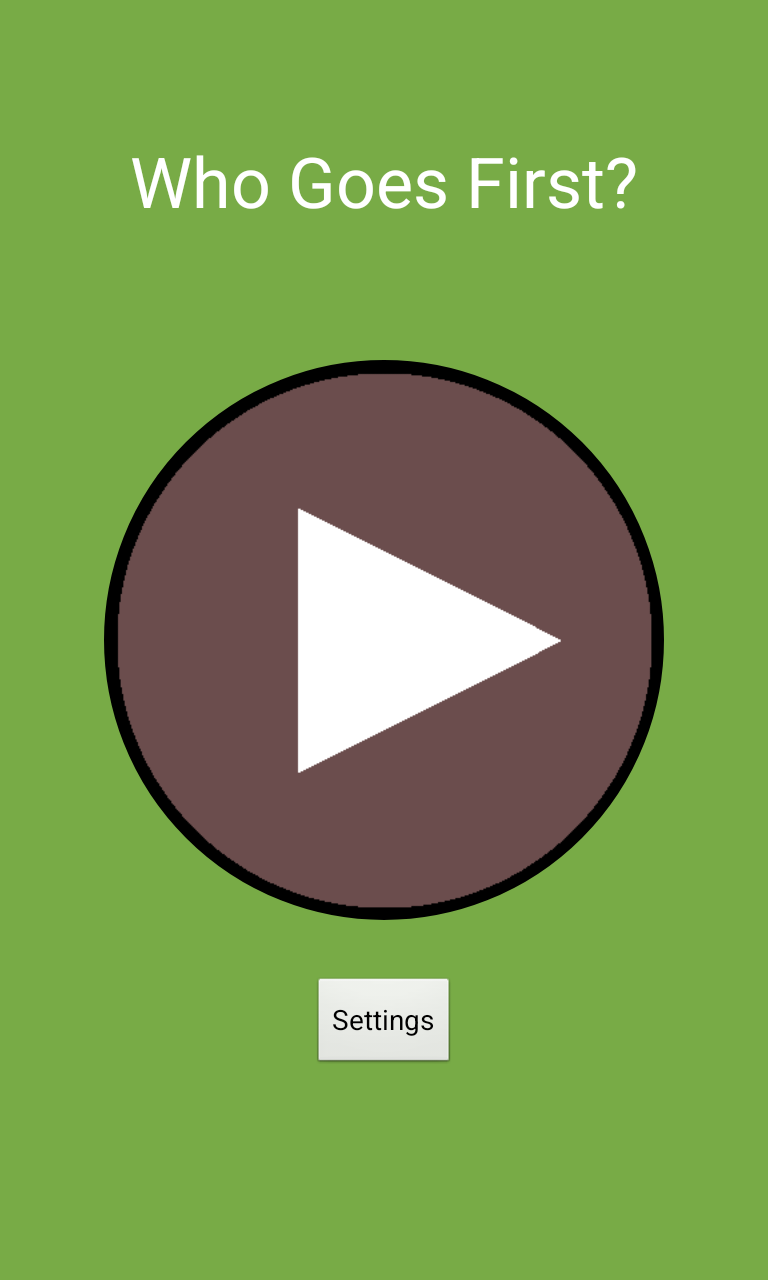
Repository: DarwinLYang/WhoGoesFirstApp
Layout: Who First/WhoFirst/res/layout/fragment_main.xml
The author's editor kept a copy of each file at every save. The layout is drawn from the files as they stood at one save, then again after the next save.
It is drawn on a 768 x 1280 px phone screen (xhdpi) without system bars, with theme android:Theme.NoTitleBar.Fullscreen; the app's code is not run.

Above is the layout before, as saved 2014-04-11 21:26:43.

After the next save:
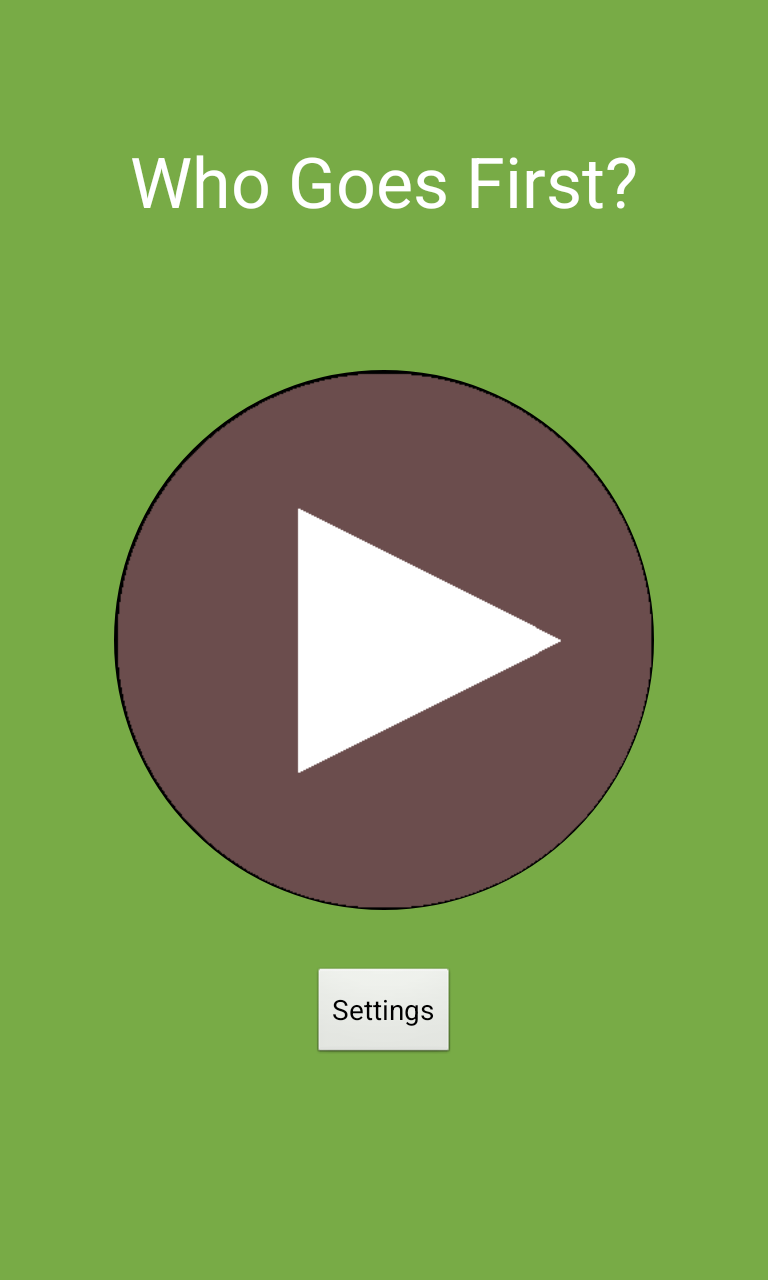
Saved 6 s later.
--- a/Who First/WhoFirst/res/layout/fragment_main.xml
+++ b/Who First/WhoFirst/res/layout/fragment_main.xml
@@ -19,8 +19,8 @@
 
     <ImageButton
         android:id="@+id/questionButton"
-        android:layout_width="280dip"
-        android:layout_height="280dip"
+        android:layout_width="270dip"
+        android:layout_height="270dip"
         android:layout_centerHorizontal="true"
         android:layout_centerVertical="true"
         android:adjustViewBounds="true"
